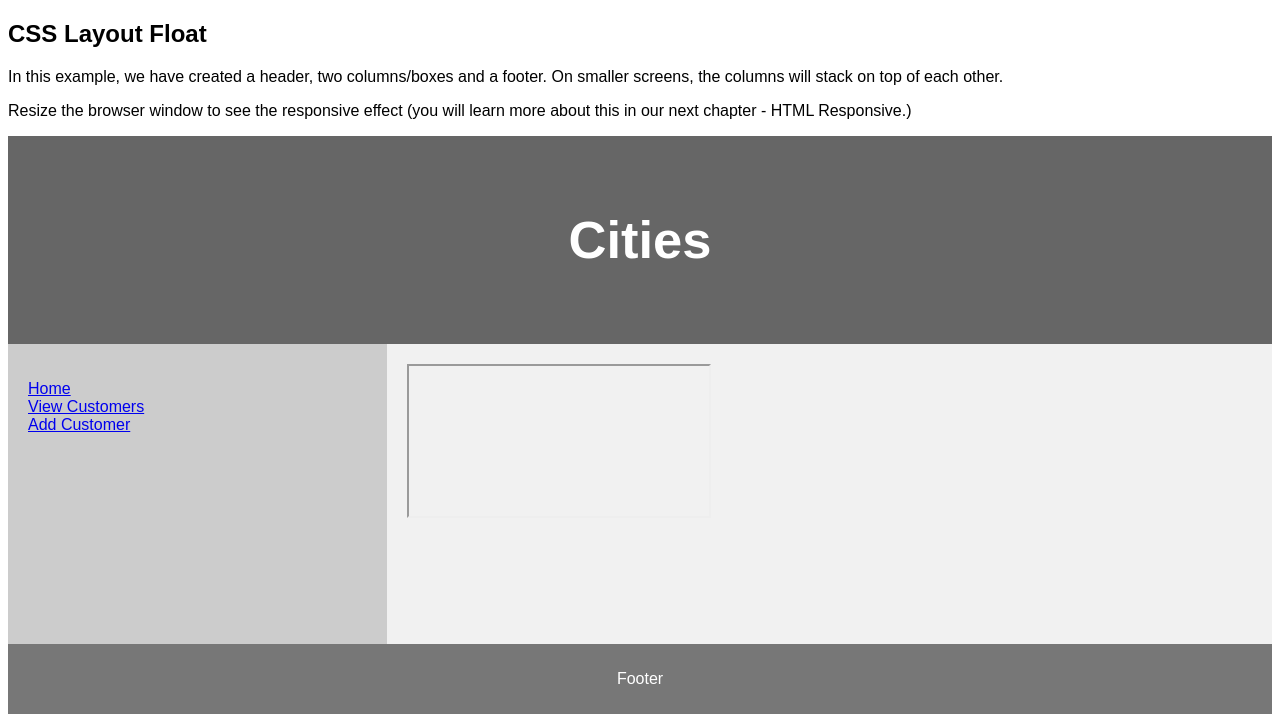
Repository: gayat19/WebApplicationSpineBiz
Page: http://localhost/mvcCrud/WEB-INF/views/home.jsp
These files come from the project's save history. The page is drawn as it stood at one moment and after the next save; the edit follows.
The browser window is 1280 px wide. The pictures show the whole page.
The page is served by Tomcat 9. Nobody is signed in. The template is opened directly, without the code that normally fills it, so the values that code supplies are empty.

Above is the page before, as saved 2020-08-07 02:30:41.

After the next save:
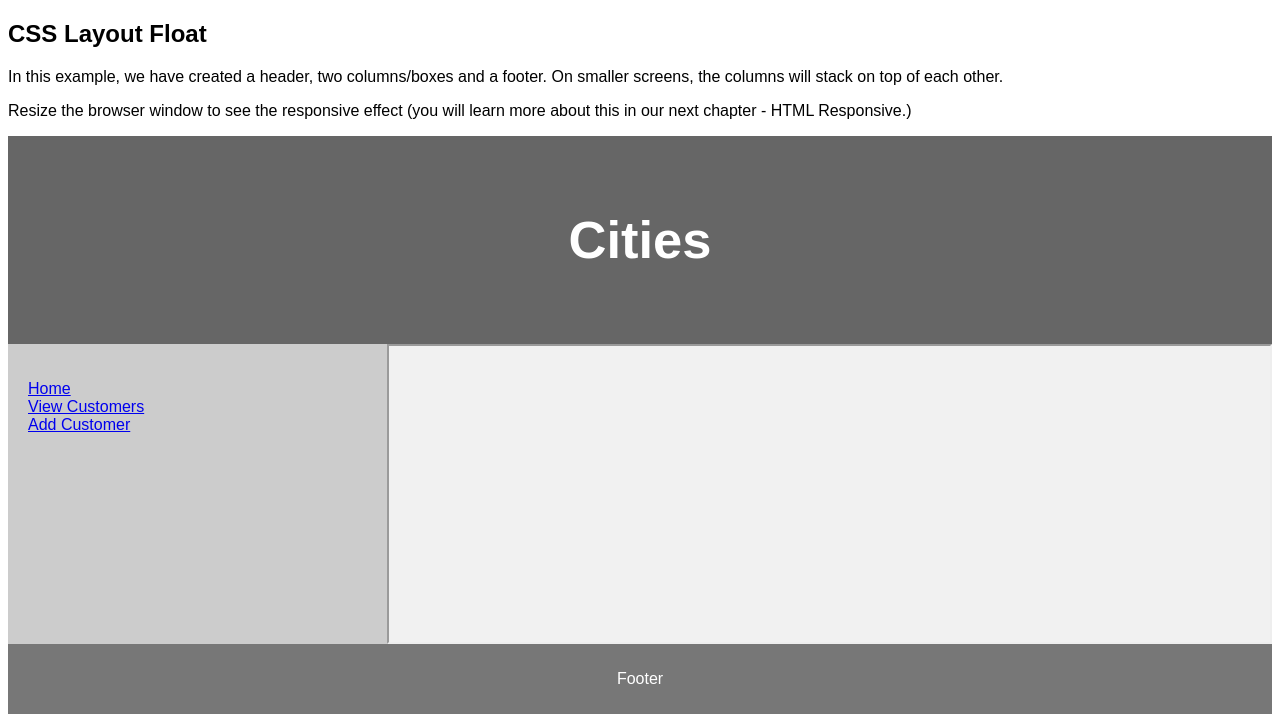
Saved 3 min 0 s later.
--- a/SampleWorkspace/mvcCrud/src/main/webapp/WEB-INF/views/home.jsp
+++ b/SampleWorkspace/mvcCrud/src/main/webapp/WEB-INF/views/home.jsp
@@ -38,7 +38,7 @@ nav ul {
   padding: 0;
 }
 
-article {
+iframe {
   float: left;
   padding: 20px;
   width: 70%;
